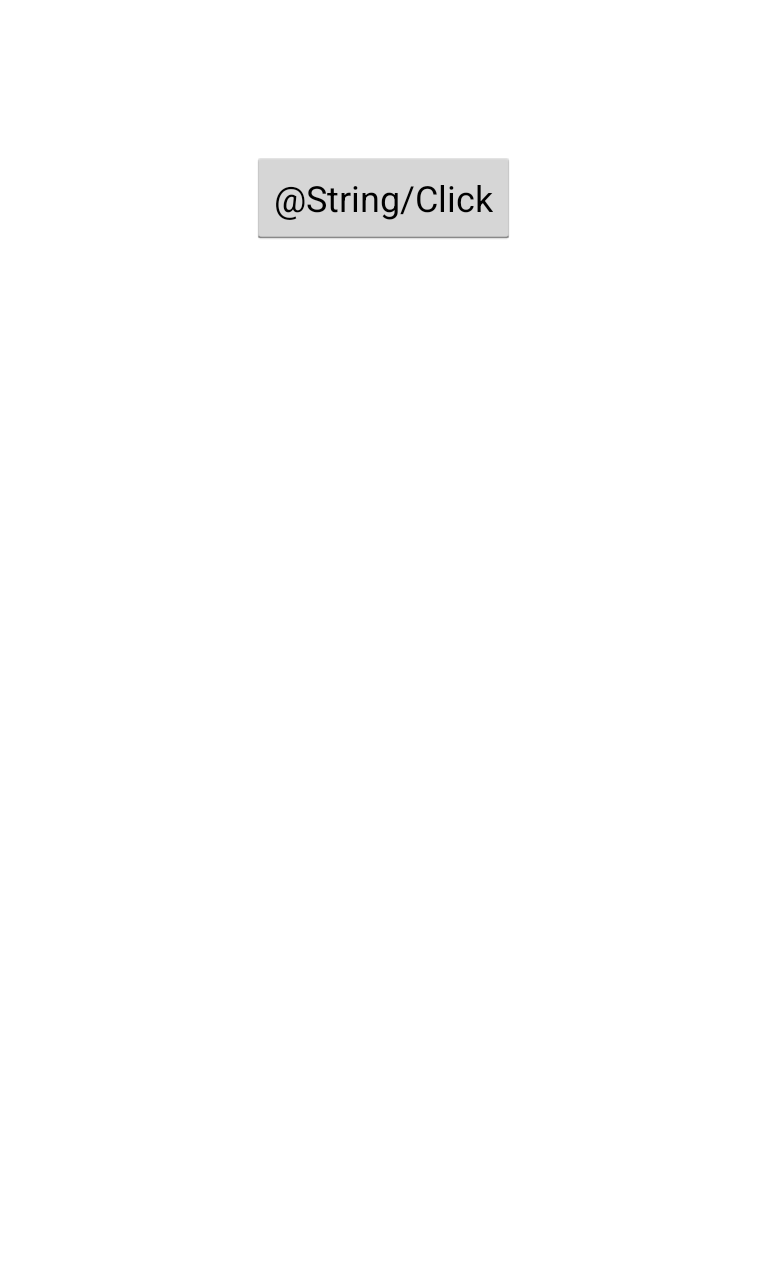
Repository: 12030121030/eventhandling
Layout: Login/res/layout/activity_main.xml
The author's editor kept a copy of each file at every save. The layout is drawn from the files as they stood at one save, then again after a run of saves.
It is drawn on a 768 x 1280 px phone screen (xhdpi) without system bars, with theme AppTheme; the app's code is not run.

Above is the layout before, as saved 2014-12-12 03:04:37.

### Login/res/layout/activity_main.xml
<RelativeLayout xmlns:android="http://schemas.android.com/apk/res/android"
    xmlns:tools="http://schemas.android.com/tools"
    android:layout_width="match_parent"
    android:layout_height="match_parent"
    android:paddingBottom="@dimen/activity_vertical_margin"
    android:paddingLeft="@dimen/activity_horizontal_margin"
    android:paddingRight="@dimen/activity_horizontal_margin"
    android:paddingTop="@dimen/activity_vertical_margin"
    tools:context=".MainActivity" >

    <Button
        android:id="@+id/button1"
        android:layout_width="wrap_content"
        android:layout_height="wrap_content"
        android:layout_alignParentTop="true"
        android:layout_centerHorizontal="true"
        android:layout_marginTop="59dp"
        android:text="@String/Click" />

</RelativeLayout>

### Login/res/values/strings.xml
<?xml version="1.0" encoding="utf-8"?>
<resources>

    <string name="app_name">Login</string>
    <string name="action_settings">Settings</string>
    <string name="hello_world">Hello world!</string>

</resources>

Loaded but not shown: Login/res/values/styles.xml (common file); Login/res/values-v11/styles.xml (common file); Login/res/values-v14/styles.xml (common file); Login/res/values/dimens.xml (common file)

After the next 2 saves:
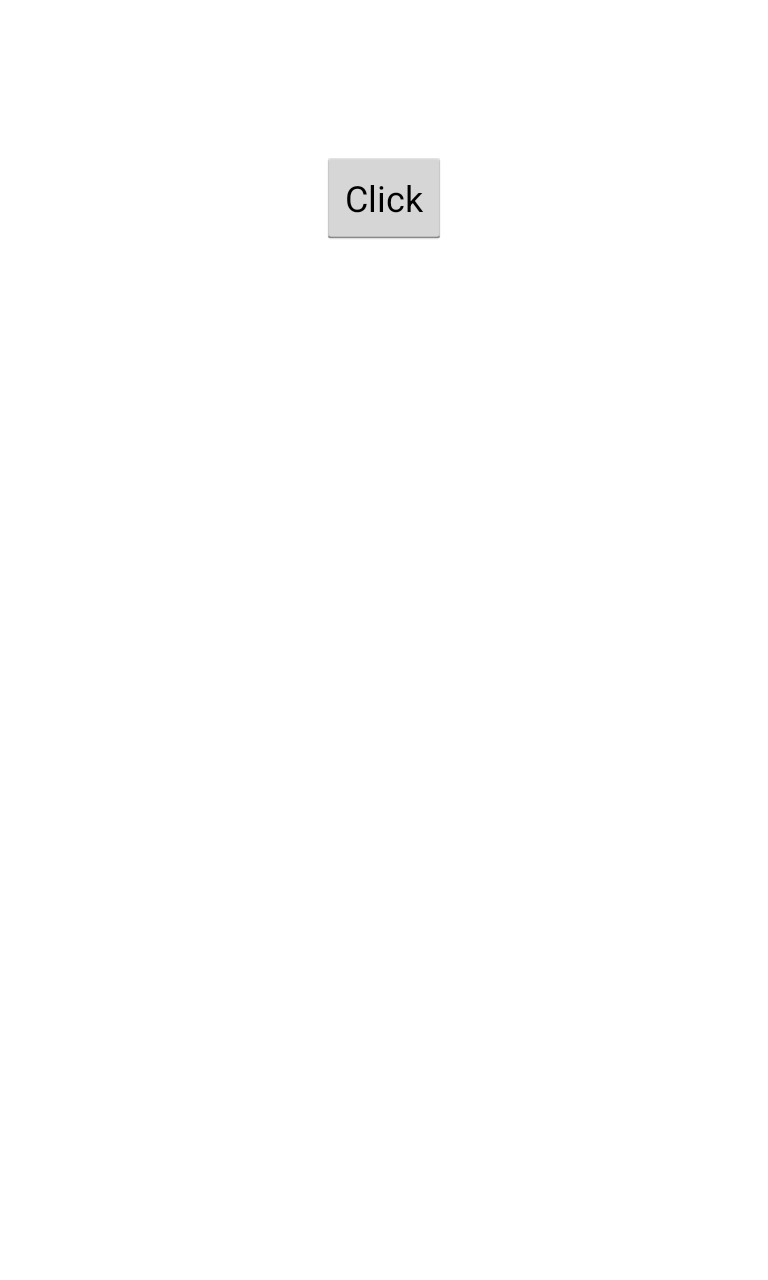
The 2 saves are shown as one change because 1 did not build or start.
The last was saved 70 s later.
--- a/Login/res/layout/activity_main.xml
+++ b/Login/res/layout/activity_main.xml
@@ -15,6 +15,6 @@
         android:layout_alignParentTop="true"
         android:layout_centerHorizontal="true"
         android:layout_marginTop="59dp"
-        android:text="@String/Click" />
+        android:text="@string/click" />
 
 </RelativeLayout>
--- a/Login/res/values/strings.xml
+++ b/Login/res/values/strings.xml
@@ -4,5 +4,6 @@
     <string name="app_name">Login</string>
     <string name="action_settings">Settings</string>
     <string name="hello_world">Hello world!</string>
+    <string name="click">Click</string>
 
 </resources>
